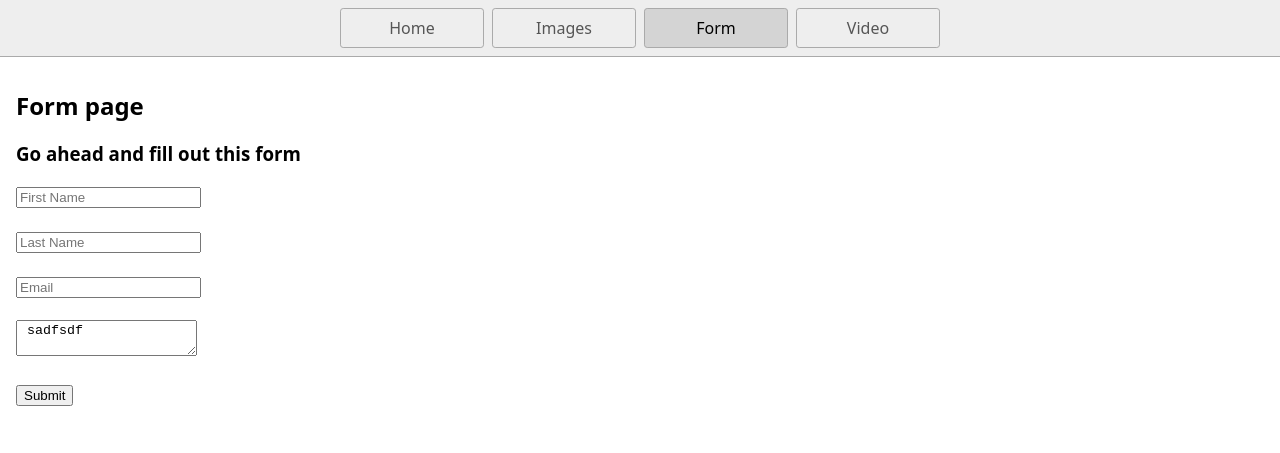
Repository: sebas6292/palmTree-Final
Page: Form.html
The author's editor kept a copy of each file at every save. The page is drawn from the files as they stood at one save, then again after the next save.
The browser window is 1280 px wide. The pictures show the whole page.

Above is the page before, as saved 2023-05-27 11:06:21.
Not found: script.js

After the next save:
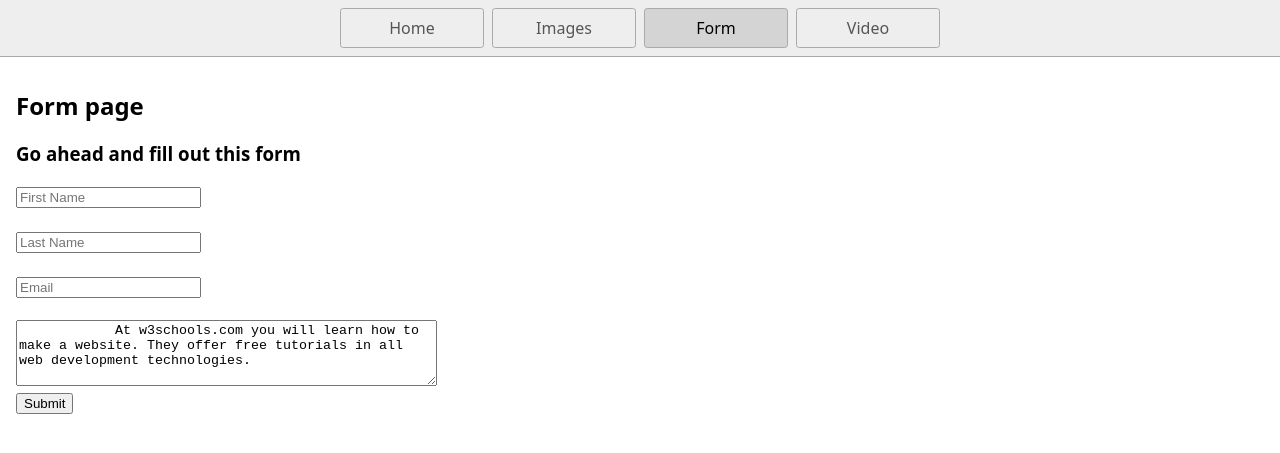
Saved 66 s later.
--- a/Form.html
+++ b/Form.html
@@ -29,7 +29,10 @@
         <br>
         <input type="text" id="email" name="email" placeholder="Email"><br>
         <br>
-        <textarea type="text" id="comment" name="comment" placeholder="Comment"> sadfsdf </textarea><br>
+        <!-- <textarea type="text" id="comment" name="comment" placeholder="Comment"></textarea><br> -->
+        <textarea id="w3review" name="w3review" rows="4" cols="50">
+            At w3schools.com you will learn how to make a website. They offer free tutorials in all web development technologies.
+            </textarea>
         <br>
 
         <input type="submit" value="Submit">
